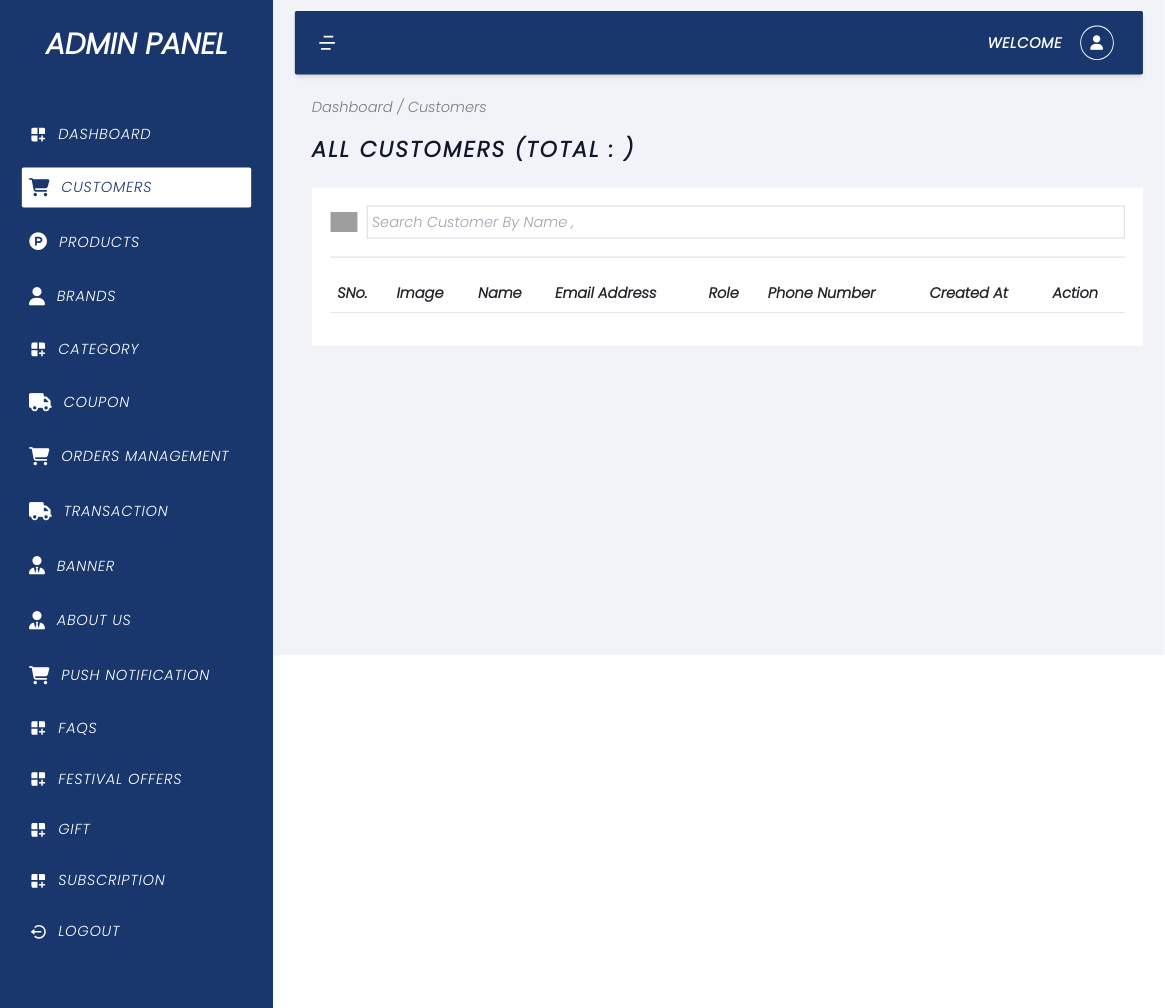
Repository: FlyweisReact/AnilAdminPanel
Page: /Customer
The author's editor kept a copy of each file at every save. The page is drawn from the files as they stood at one save, then again after the next save.
The browser window is 1280 px wide. The pictures show the whole page, at 91% of full size.
Pictures or frames that could not be fetched are drawn as grey boxes. The page's requests for data from a server got no answer. Some web libraries are served in a nearby version. The project was rebuilt for these pictures with package versions that can differ from the ones it lists, and the page was loaded fresh each time. No one was signed in, and anything a server would have sent is missing. Also part of the build but not shown: src/E-CommerceAdmin/forms/Login.jsx, src/E-CommerceAdmin/pages/ECategory.js, src/E-CommerceAdmin/pages/EProduct.js, src/E-CommerceAdmin/pages/EAdminOrders.js, src/E-CommerceAdmin/pages/EAdminDelivery.js, src/E-CommerceAdmin/pages/EAdmin.js, src/E-CommerceAdmin/pages/ESubCategory.js, src/E-CommerceAdmin/pages/PushNotification.js and 6 more.

Above is the page before, as saved 2023-05-04 14:48:36.

After the next save:
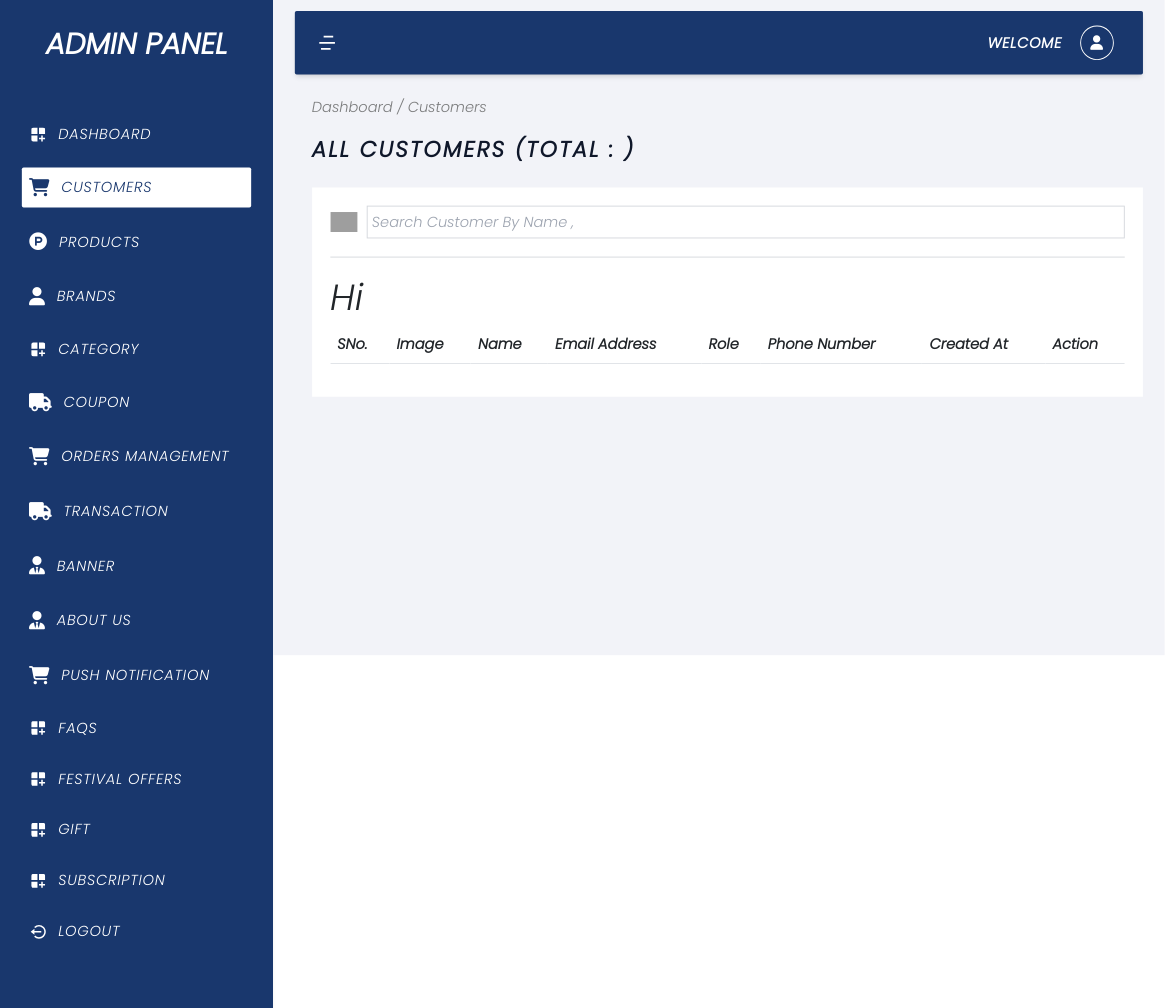
Saved 25 s later.
--- a/src/E-CommerceAdmin/pages/Pagination.js
+++ b/src/E-CommerceAdmin/pages/Pagination.js
@@ -2,6 +2,7 @@
 
 export function Pagination(props) {
   console.log(props.name)
-  return
-      <h2> Hi {props.name} </h2>
+  return (
+    <h1> {props.name} </h1>
+  )
 }

After the 3 saves that followed:
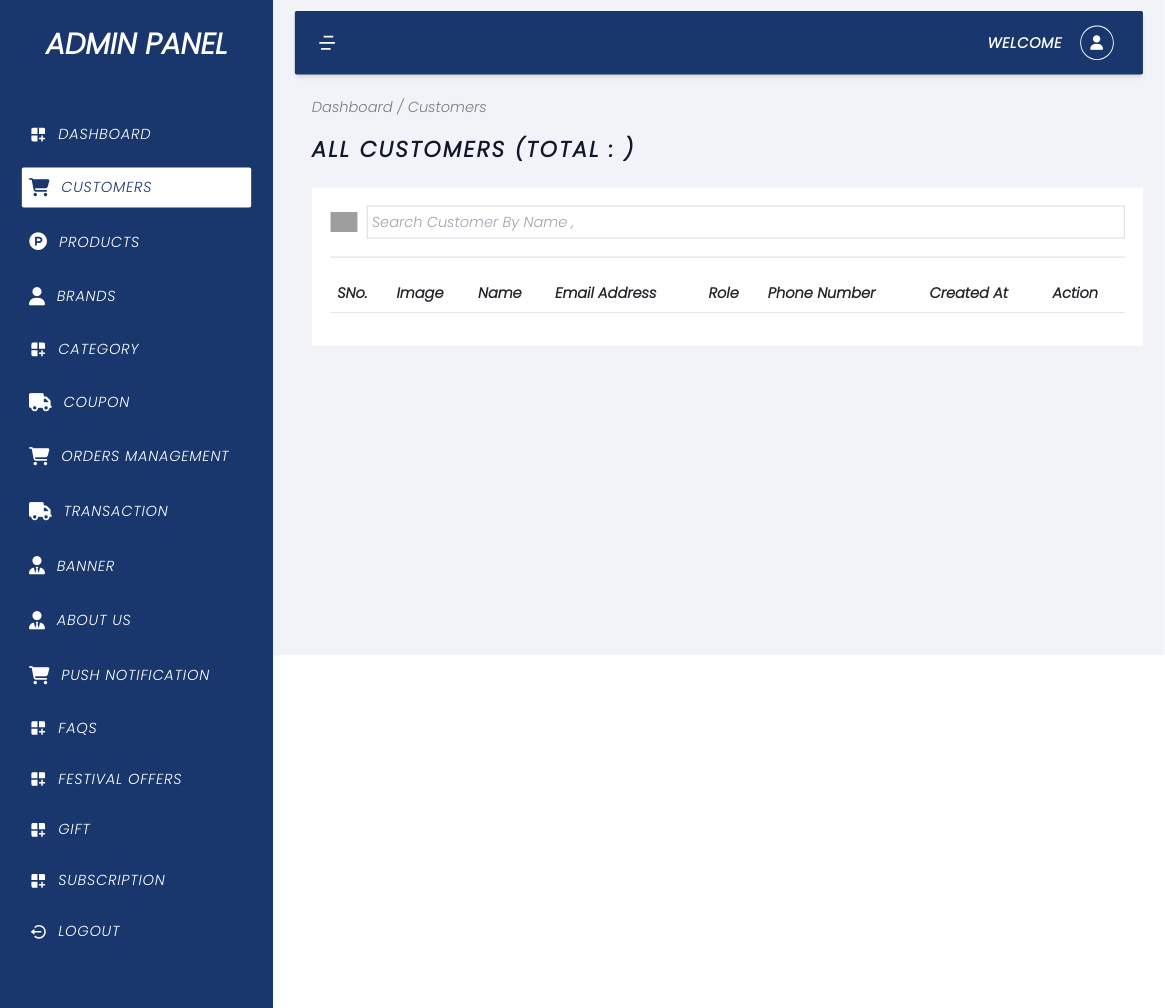
The 3 saves are shown as one change because they came seconds apart.
The last was saved 10 s later.
--- a/src/E-CommerceAdmin/pages/Pagination.js
+++ b/src/E-CommerceAdmin/pages/Pagination.js
@@ -1,8 +1,10 @@
 /** @format */
 
 export function Pagination(props) {
-  console.log(props.name)
+
   return (
-    <h1> {props.name} </h1>
+  <>
+
+  </>
   )
 }
